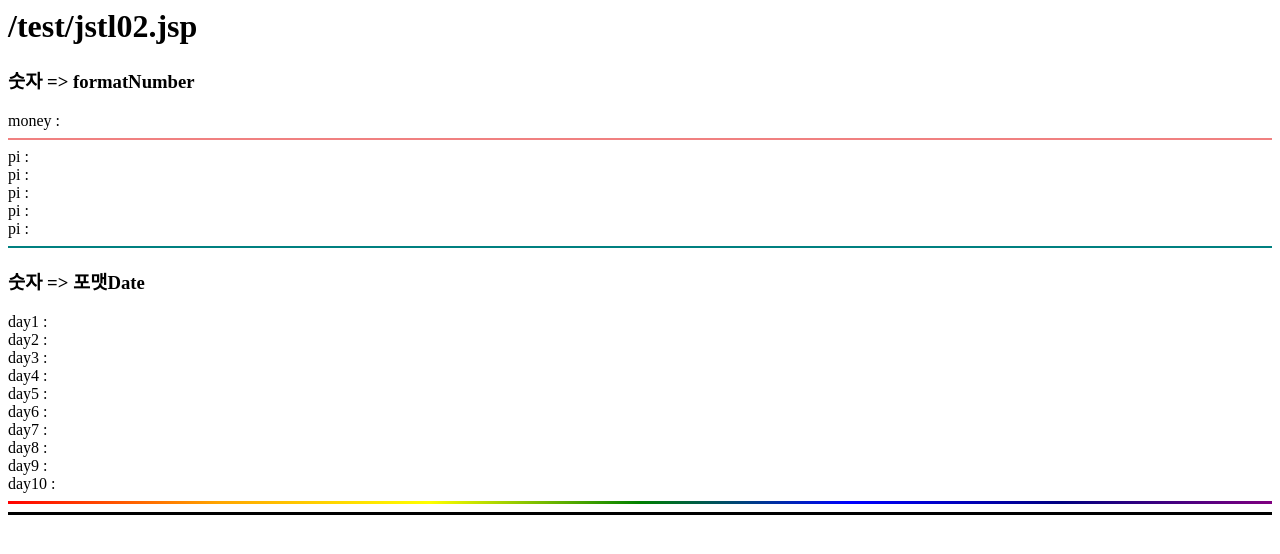
Repository: khsik/Woori-Computer-Academy
Page: http://localhost/mvc/WEB-INF/views/test/jstl02.jsp
An editor plug-in stored every save of this project. The page is shown before and after the next save, followed by the edit.
The browser window is 1280 px wide. The pictures show the whole page.
The page is served by Tomcat 9. Nobody is signed in. The template is opened directly, without the code that normally fills it, so the values that code supplies are empty.

Above is the page before, as saved 2024-05-13 07:29:19.

After the next save:
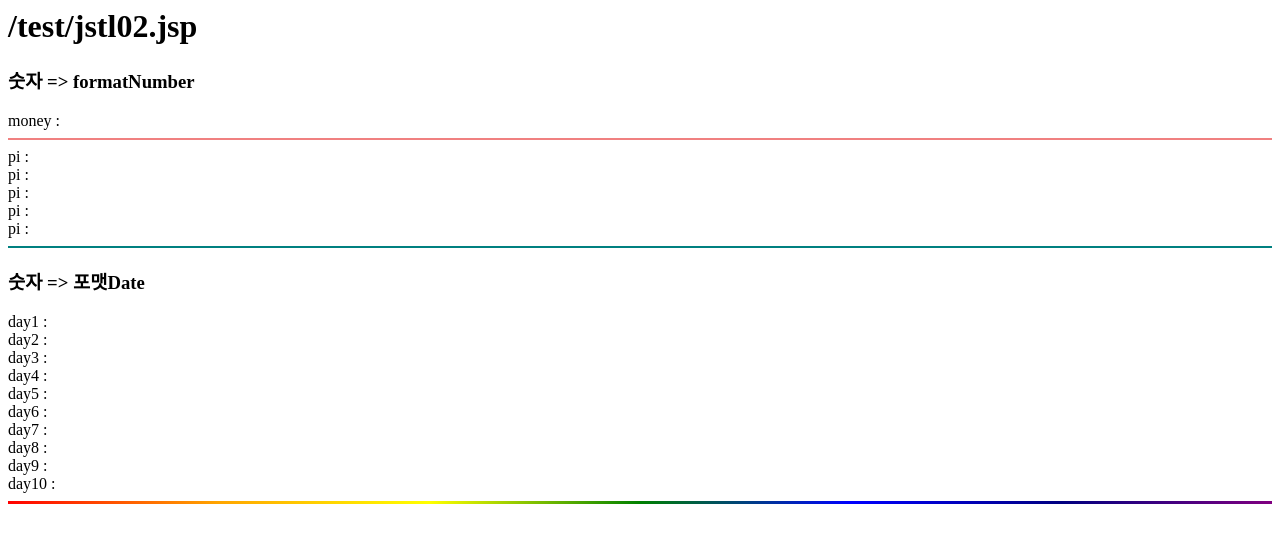
Saved 6 s later.
--- a/mvc/src/main/webapp/WEB-INF/views/test/jstl02.jsp
+++ b/mvc/src/main/webapp/WEB-INF/views/test/jstl02.jsp
@@ -32,4 +32,3 @@ day9 : <fmt:formatDate value="${day }" type="date" dateStyle="short" /> <br>
 day10 : <fmt:formatDate value="${day }" type="date" dateStyle="default" /> <br>
 
 <hr size="5px" style="border:0; background: linear-gradient(0.25turn, red, orange, yellow, green, blue, navy, purple);">
-<hr style="border:0; border-top:3px solid;border-color: linear-gradient(0.25turn, red, orange, yellow, green, blue, navy, purple);">
